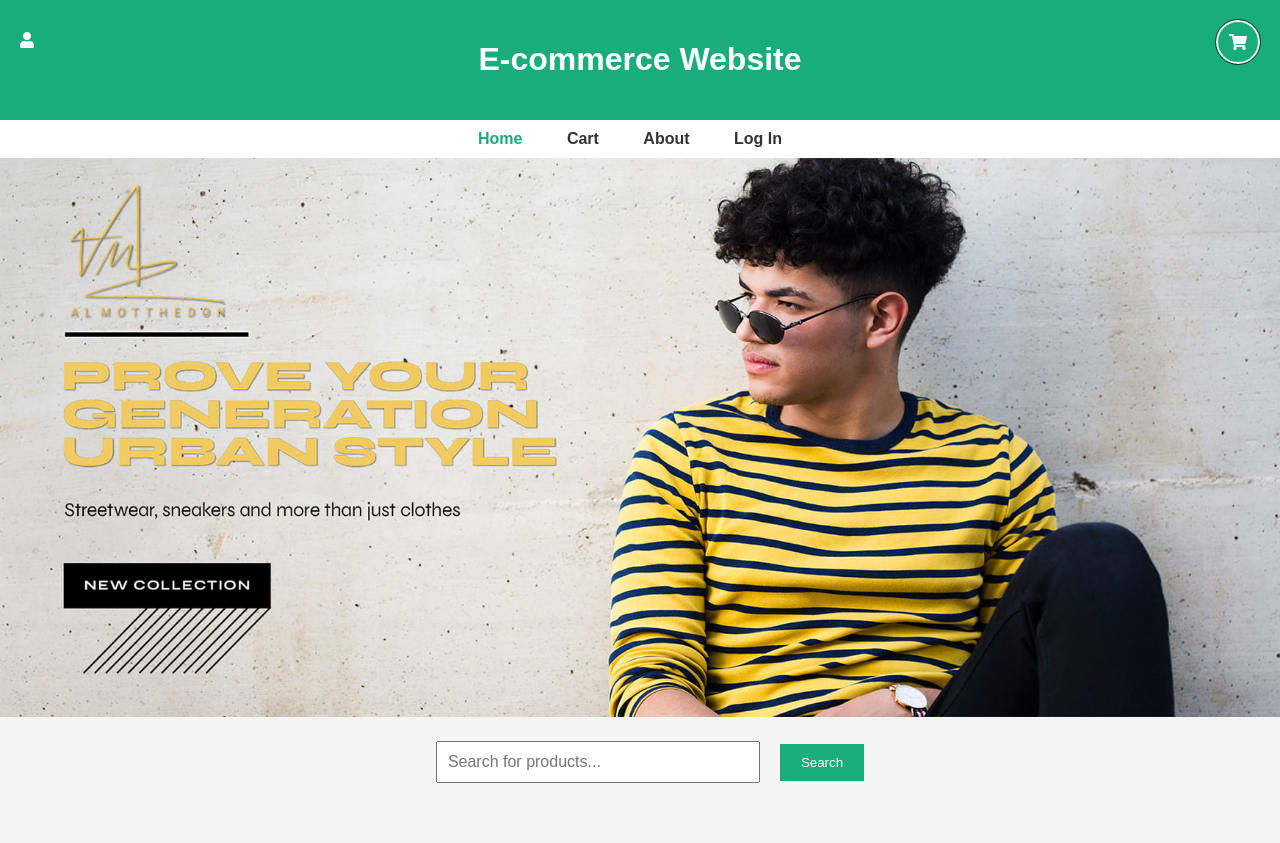
Repository: wissam333/OnlineStore
Page: index.html
These files come from the project's save history. The page is drawn as it stood at one moment and after the next save; the edit follows.
The browser window is 1280 px wide. The pictures show the whole page.
The page's requests for data from a server got no answer.

Above is the page before, as saved 2024-08-08 18:32:48.
Console error: TypeError: Cannot read properties of null (reading 'addEventListener')

### index.html
<!DOCTYPE html>
<html lang="en">
  <head>
    <meta charset="UTF-8" />
    <meta name="viewport" content="width=device-width, initial-scale=1.0" />
    <title>E-commerce Website</title>
    <link
      rel="stylesheet"
      href="https://cdnjs.cloudflare.com/ajax/libs/font-awesome/5.15.3/css/all.min.css"
    />
  </head>
  <style>
    body {
      font-family: Arial, sans-serif;
      margin: 0;
      padding: 0;
      background-color: #f4f4f4;
    }
    header {
      background-color: #19ad7b;
      color: #fff;
      padding: 20px;
      text-align: center;
    }
    nav {
      background-color: #fff;
      padding: 10px 0;
      text-align: center;
    }
    nav ul {
      list-style-type: none;
      margin: 0;
      padding: 0;
    }
    nav ul li {
      display: inline;
      margin-right: 20px;
    }
    nav ul li a {
      text-decoration: none;
      color: #333;
      font-weight: bold;
      padding: 10px;
      transition: color 0.3s;
    }
    nav ul li a:hover {
      color: #19ad7b;
    }
    nav ul li a.active {
      color: #19ad7b;
    }
    .container {
      max-width: 1200px;
      margin: auto;
      padding: 20px;
      display: grid;
      grid-template-columns: repeat(auto-fit, minmax(250px, 1fr));
      grid-gap: 20px;
    }
    .product {
      background-color: #fff;
      border-radius: 5px;
      box-shadow: 0px 0px 10px rgba(0, 0, 0, 0.1);
      padding: 20px;
      text-align: center;
    }
    .product img {
      max-width: 100%;
      width: 200px;
      height: 200px;
      border-radius: 5px;
      margin-bottom: 20px;
    }
    .product h2 {
      margin-top: 0;
      font-size: 1.5rem;
    }
    .product p {
      margin-top: 5px;
      color: #666;
    }
    .product button {
      background-color: #19ad7b;
      color: #fff;
      border: none;
      padding: 10px 20px;
      border-radius: 5px;
      cursor: pointer;
      transition: background-color 0.3s;
    }
    .product button:hover {
      background-color: #003d29;
    }
    .cart {
      max-height: 400px;
      overflow-y: scroll;
      position: fixed;
      top: 20px;
      right: 20px;
      background-color: #fff;
      border-radius: 5px;
      padding: 10px;
      box-shadow: 0px 0px 10px rgba(0, 0, 0, 0.1);
      max-width: 500px;
      width: 100%;
      transition: transform 0.3s ease;
      transform: translateX(100%); /* Initially hide the cart */
      display: none; /* Hidden by default */
    }
    .cart.show {
      display: block;
      transform: translateX(0); /* Show the cart */
      width: auto;
      padding-bottom: 10px;
    }
    .cart h2 {
      margin-top: 0;
      font-size: 1rem;
      text-align: center;
    }
    .cart ul {
      list-style-type: none;
      padding: 0;
    }
    .cart .cart-row {
      margin-bottom: 10px;
      border-bottom: 1px solid #ddd;
      padding-bottom: 5px;
      display: flex;
      justify-content: space-between;
      align-items: center;
    }
    .cart .cart-row:last-child {
      border-bottom: none;
    }
    .cart button {
      background-color: #19ad7b;
      color: #fff;
      border: none;
      padding: 5px 10px;
      border-radius: 3px;
      cursor: pointer;
      transition: background-color 0.3s;
      width: 100%;
      margin: 10px 0px;
    }
    .cart button:hover {
      background-color: #003d29;
    }
    .total {
      font-weight: bold;
      font-size: 1.2rem;
      margin-top: 10px;
      text-align: center;
    }
    .main-image img {
      width: 100%;
    }
    .cart-item {
      display: flex;
      justify-content: space-between;
      align-items: center;
      margin-bottom: 10px;
      border-bottom: 1px solid #ddd;
      padding-bottom: 5px;
    }
    #cart-items .cart-row {
      display: flex;
      align-items: center;
      margin: 5px;
      justify-content: space-between;
      flex-wrap: wrap;
      padding: 10px 5px;
      flex-direction: column;
    }

    .delete-button {
      background-color: #ff6347; /* Tomato color */
      color: #fff;
      border: none;
      padding: 5px 10px;
      border-radius: 3px;
      cursor: pointer;
      transition: background-color 0.3s;
    }

    .delete-button:hover {
      background-color: #ff4500; /* Darker Tomato color */
    }
    .cart-icon {
      position: fixed;
      right: 20px;
      top: 20px;
      color: #fff;
      width: 40px;
      height: 40px;
      background: #19ad7b;
      outline: 1px solid #003d29;
      border: 2px solid #fff;
      display: flex;
      justify-content: center;
      align-items: center;
      border-radius: 50%;
      cursor: pointer;
      z-index: 2;
    }
    .account {
      position: absolute;
      left: 20px;
      top: 20px;
      display: flex;
      align-items: center;
    }
    .account i {
      margin-right: 10px;
    }
    .quantity-flex {
      display: flex;
      align-items: center;
    }
    .btn.decrease-btn {
      margin: 10px !important;
    }
    .btn.increase-btn {
      margin: 10px !important;
    }
    .desc {
      max-width: fit-content;
      text-overflow: ellipsis;
      white-space: nowrap;
      overflow: hidden;
      margin: 10px auto;
    }
    .title {
      max-width: fit-content;
      text-overflow: ellipsis;
      white-space: nowrap;
      overflow: hidden;
      margin: 10px auto;
    }
    #search-bar {
      margin: 20px;
      padding: 10px;
      font-size: 16px;
      width: 300px;
    }
    .search {
      display: flex;
      align-items: center;
      justify-content: center;
    }
    .btn.btn-search {
      background-color: #19ad7b;
      color: #fff;
      padding: 10px 20px;
      border: 1px solid #19ad7b;
    }
  </style>
  <body>
    <header>
      <h1>E-commerce Website</h1>
      <div class="account">
        <i class="fas fa-user"></i>
        <h2 id="user"></h2>
      </div>
    </header>

    <nav>
      <ul>
        <li><a href="./index.html" data-route="index.html">Home</a></li>
        <li><a href="./cart.html" data-route="cart.html">Cart</a></li>
        <li><a href="./about.html" data-route="about.html">About</a></li>
        <li>
          <a href="./login.html" data-route="login.html">Log In</a>
        </li>
      </ul>
    </nav>

    <div class="main-image">
      <img src="./assets/Header 1.jpg" alt="Main Image" />
    </div>

    <!-- Search field -->
    <div class="search">
      <input type="text" id="search-bar" placeholder="Search for products..." />
      <button class="btn btn-search" id="search-button">Search</button>
    </div>

    <div class="container" id="products-container">
      <!-- Dynamic products will be injected here -->
    </div>

    <div class="cart-icon" id="cart-icon">
      <i class="fas fa-shopping-cart"></i>
    </div>
    <div class="cart" id="cart">
      <h2>Shopping Cart</h2>
      <ul id="cart-items"></ul>
      <div class="total" id="total-price"></div>
      <a href="./cart.html">
        <button class="cart-button" id="go-to-cart">Go To Cart</button>
      </a>
    </div>

    <script src="script.js"></script>
    <script>
      // Initial fetch for products
      fetchAndDisplayProducts();
      loadCart();
      // Function to toggle the cart visibility
      document
        .getElementById("cart-icon")
        .addEventListener("click", function () {
          const cart = document.getElementById("cart");
          if (cart.classList.contains("show")) {
            cart.classList.remove("show");
            cart.style.display = "none"; // hide cart
          } else {
            cart.style.display = "block"; // show cart before applying transition
            setTimeout(() => cart.classList.add("show"), 10); // add class for transition
          }
        });

      // Get username
      const user = localStorage.getItem("username");
      document.getElementById("user").textContent = user;

      // Attach event listener to search bar
      const searchBar = document.getElementById("search-bar");
      document
        .getElementById("search-button")
        .addEventListener("click", function () {
          const query = searchBar.value.toLowerCase();
          filterProducts(query);
        });

      // Function to filter products based on search query
      function filterProducts(query) {
        const products = document.querySelectorAll(
          "#products-container .product"
        );

        products.forEach((product) => {
          const title = product
            .querySelector(".title")
            .textContent.toLowerCase();
          const description = product
            .querySelector(".desc")
            .textContent.toLowerCase();

          if (title.includes(query) || description.includes(query)) {
            product.style.display = "";
          } else {
            product.style.display = "none";
          }
        });
      }
    </script>
  </body>
</html>

### script.js
const HOST = "192.168.1.102"; // Replace with your actual host
const cart = []; // Initialize an empty array to store cart items
let total = 0;

// Function to add a product to the cart
function addToCart(productName, price, productId) {
  // Check if the product is already in the cart
  const existingProduct = cart.find((item) => item.productId === productId);

  if (existingProduct) {
    existingProduct.quantity++;
  } else {
    // Add the product to the cart
    const cartItem = {
      name: productName,
      price: price,
      productId: productId,
      quantity: 1,
    };
    cart.push(cartItem);
  }

  updateCart();
  localStorage.setItem("cart", JSON.stringify(cart));
}

// Function to update the cart display
function updateCart() {
  const cartItems = document.getElementById("cart-items");
  cartItems.innerHTML = "";
  total = 0;

  cart.forEach((item, index) => {
    const row = document.createElement("tr");
    row.classList.add("cart-row");
    row.innerHTML = `
      <td>${item.name}</td>
      <td>$${item.price.toFixed(2)}</td>
      <td class="quantity-flex">
        <button class="btn decrease-btn" onclick="decreaseQuantity(${index})">-</button>
        ${item.quantity}
        <button class="btn increase-btn" onclick="increaseQuantity(${index})">+</button>
      </td>
      <td><button class="btn delete-btn" onclick="removeFromCart(${index})">Delete</button></td>
    `;
    cartItems.appendChild(row);
    total += item.price * item.quantity;
  });

  updateTotal();
}

// Function to increase the quantity of a product in the cart
function increaseQuantity(index) {
  cart[index].quantity++;
  updateCart();
  localStorage.setItem("cart", JSON.stringify(cart));
}

// Function to decrease the quantity of a product in the cart
function decreaseQuantity(index) {
  if (cart[index].quantity > 1) {
    cart[index].quantity--;
  } else {
    // Remove the product if the quantity is 1 and decrease button is clicked
    cart.splice(index, 1);
  }
  updateCart();
  localStorage.setItem("cart", JSON.stringify(cart));
}

// Function to remove a product from the cart
function removeFromCart(index) {
  cart.splice(index, 1);
  updateCart();
  localStorage.setItem("cart", JSON.stringify(cart));
}

// Function to update the total price
function updateTotal() {
  const totalPriceElement = document.getElementById("total-price");
  totalPriceElement.textContent = `Total: $${total.toFixed(2)}`;
}

// Function to fetch and display products (for Home page)
async function fetchAndDisplayProducts() {
  try {
    const response = await fetch(
      `http://${HOST}:5000/api/products?latest=true`
    );
    if (!response.ok) throw new Error(`HTTP error! status: ${response.status}`);

    const data = await response.json();
    const container = document.getElementById("products-container");

    data.products.forEach((product) => {
      const productDiv = document.createElement("div");
      productDiv.classList.add("product");

      productDiv.innerHTML = `
        <img src="${product.img || "https://via.placeholder.com/250"}" alt="${
        product.title
      }">
        <h2 class="title">${product.title}</h2>
        <p class="desc">${product.desc}</p>
        <button onclick="viewProductDetails('${
          product._id
        }')">View Details</button>
        <button onclick="addToCart('${product.title}', ${product.price}, '${
        product._id
      }')">Add to Cart</button>
      `;

      container.appendChild(productDiv);
    });
  } catch (error) {
    console.error("Error fetching products:", error);
  }
}

// Function to fetch and display products (for products page)
async function fetchAndDisplayAllProducts() {
  try {
    const response = await fetch(
      `http://${HOST}:5000/api/products?pageSize=10000`
    );
    if (!response.ok) throw new Error(`HTTP error! status: ${response.status}`);

    const data = await response.json();
    const container = document.getElementById("all-products-container");

    data.products.forEach((product) => {
      const productDiv = document.createElement("div");
      productDiv.classList.add("product");

      productDiv.innerHTML = `
        <img src="${product.img || "https://via.placeholder.com/250"}" alt="${
        product.title
      }">
        <h2 class="title">${product.title}</h2>
        <p class="desc">${product.desc}</p>
        <button onclick="viewProductDetails('${
          product._id
        }')">View Details</button>
        <button onclick="addToCart('${product.title}', ${product.price}, '${
        product._id
      }')">Add to Cart</button>
      `;

      container.appendChild(productDiv);
    });
  } catch (error) {
    console.error("Error fetching products:", error);
  }
}

function viewProductDetails(productId) {
  window.location.href = `product.html?id=${productId}`;
}

// Function to load cart items from local storage
function loadCart() {
  const storedCart = JSON.parse(localStorage.getItem("cart"));
  if (storedCart) {
    storedCart.forEach((item) => cart.push(item));
    updateCart();
  }
}

// Highlight the active link in the navbar
document.querySelectorAll("nav ul li a").forEach((link) => {
  link.addEventListener("click", function () {
    document
      .querySelectorAll("nav ul li a")
      .forEach((item) => item.classList.remove("active"));
    this.classList.add("active");
  });
});

// Optionally set the active class based on current page
function setActiveNav() {
  const currentRoute = window.location.pathname.split("/").pop();
  document.querySelectorAll("nav ul li a").forEach((link) => {
    if (link.getAttribute("data-route") === currentRoute) {
      link.classList.add("active");
    } else {
      link.classList.remove("active");
    }
  });
}

// Call setActiveNav when the page loads
setActiveNav();

// Log-in & Sign-up
// Login function
async function login(data) {
  try {
    const response = await fetch(`http://${HOST}:5000/api/auth/login`, {
      method: "POST",
      headers: {
        "Content-Type": "application/json",
      },
      body: JSON.stringify(data),
    });

    if (!response.ok) {
      const error = new Error("HTTP error");
      error.response = response;
      throw error;
    }
    const responseData = await response.json();
    console.log(responseData);
    localStorage.setItem("token", responseData.accessToken);
    localStorage.setItem("email", responseData.email);
    localStorage.setItem("username", responseData.username);
    localStorage.setItem("_id", responseData._id);
    localStorage.setItem("success", true);
    localStorage.setItem("username", responseData.username);
    window.location.href = "./index.html";
    const username = document.getElementById("username").value;

    alert(`Welcome ${username}`);
    return responseData;
  } catch (error) {
    console.error(error);
    if (error.response) {
      const errorData = await error.response.json();
      return errorData;
    } else {
      return { message: "Network error or server is not reachable" };
    }
  }
}

// Attach login event listener
document
  .getElementById("loginForm")
  .addEventListener("submit", async function (event) {
    event.preventDefault();
    const username = document.getElementById("username").value;
    const password = document.getElementById("password").value;
    const data = {
      username,
      password,
    };
    const result = await login(data);
    if (result && result.message) {
      document.getElementById("login-error").textContent = result.message;
    } else {
      document.getElementById("login-error").textContent = "";
    }
  });

// Sign up function
async function signUp(data) {
  try {
    const response = await fetch(`http://${HOST}:5000/api/auth/register`, {
      method: "POST",
      headers: {
        "Content-Type": "application/json",
      },
      body: JSON.stringify(data),
    });

    if (!response.ok) {
      const error = new Error("HTTP error");
      error.response = response;
      throw error;
    }
    const responseData = await response.json();
    console.log(responseData);
    localStorage.setItem("token", responseData.accessToken);
    localStorage.setItem("email", responseData.email);
    localStorage.setItem("username", responseData.username);
    localStorage.setItem("_id", responseData._id);
    localStorage.setItem("success", true);
    window.location.href = "./index.html";
    const newUsername = document.getElementById("new-username").value;
    alert(`Account created for ${newUsername}`);
    return responseData;
  } catch (error) {
    console.error(error);
    if (error.response) {
      const errorData = await error.response.json();
      return errorData;
    } else {
      return { message: "Network error or server is not reachable" };
    }
  }
}

// Attach sign-up event listener
document
  .getElementById("signupForm")
  .addEventListener("submit", async function (event) {
    event.preventDefault();
    const newUsername = document.getElementById("new-username").value;
    const email = document.getElementById("email").value;
    const newPassword = document.getElementById("new-password").value;
    const data = {
      username: newUsername,
      email,
      password: newPassword,
    };
    const result = await signUp(data);
    if (result && result.message) {
      document.getElementById("signup-error").textContent = result.message;
    } else {
      document.getElementById("signup-error").textContent = "";
    }
  });

// Add to cart
async function addItemsToCart(cartItems) {
  try {
    const response = await fetch(`http://${HOST}:5000/api/cart`, {
      method: "POST",
      headers: {
        "Content-Type": "application/json",
        token: `Bearer ${localStorage.getItem("token")}`, // Include token if required for authentication
      },
      body: JSON.stringify({ products: cartItems }),
    });

    const responseData = await response.json();
    if (!response.ok) {
      document.getElementById("cart-error").textContent = responseData.message;
      throw new Error(`HTTP error! status: ${response.status}`);
    }

    window.location.href = "./checkout.html";

    console.log("Cart updated successfully:", responseData);
  } catch (error) {
    console.error("Error adding items to cart:", error);
  }
}

// Function to load cart items from localStorage and post them
function postCartItems() {
  // Retrieve cart items from localStorage
  const storedCart = localStorage.getItem("cart");
  // Parse the stored cart items
  let cartItems = [];
  if (storedCart) {
    const parsedCart = JSON.parse(storedCart);
    // Map the parsed items to the required format
    cartItems = parsedCart.map((item) => ({
      productId: item.productId,
      quantity: item.quantity,
    }));
  } else {
    // Handle case where cart is empty
    alert("Cart is empty. Cannot add items to cart.");
    return; // Exit function early
  }
  // Call addItemsToCart with the cartItems
  addItemsToCart(cartItems);
}

// Make order
async function makeOrder(cartItems, deliveryData) {
  try {
    let headers;
    let data;
    if (localStorage.getItem("token")) {
      headers = {
        "Content-Type": "application/json",
        token: `Bearer ${localStorage.getItem("token")}`,
      };
      data = {
        userId: `${localStorage.getItem("_id")}`,
        name: `${localStorage.getItem("username")}`,
        email: `${localStorage.getItem("email")}`,
        address: deliveryData.address,
      };
    } else {
      headers = {
        "Content-Type": "application/json",
      };
      data = {
        name: deliveryData.name,
        email: deliveryData.email,
        address: deliveryData.address,
      };
    }
    const response = await fetch(`http://${HOST}:5000/api/orders`, {
      method: "POST",
      headers: headers,
      body: JSON.stringify({ products: cartItems, ...data }),
    });

    const responseData = await response.json();

    if (!response.ok) {
      document.getElementById("order-error").textContent = responseData.message;
      throw new Error(`HTTP error! status: ${response.status}`);
    }

    window.location.href = "./order-success.html";

    console.log("Order created successfully:", responseData);
  } catch (error) {
    console.error("Error creating order:", error);
  }
}

// Function to load cart items from localStorage and post them
function postOrderItems(deliveryData) {
  // Retrieve cart items from localStorage
  const storedCart = localStorage.getItem("cart");
  // Parse the stored cart items
  let cartItems = [];
  if (storedCart) {
    const parsedCart = JSON.parse(storedCart);
    // Map the parsed items to the required format
    cartItems = parsedCart.map((item) => ({
      productId: item.productId,
      quantity: item.quantity,
    }));
  } else {
    // Handle case where cart is empty
    alert("Cart is empty. Cannot order empty cart.");
    return; // Exit function early
  }
  // Call addItemsToCart with the cartItems
  makeOrder(cartItems, deliveryData);
  localStorage.removeItem("cart");
}

After the next save:
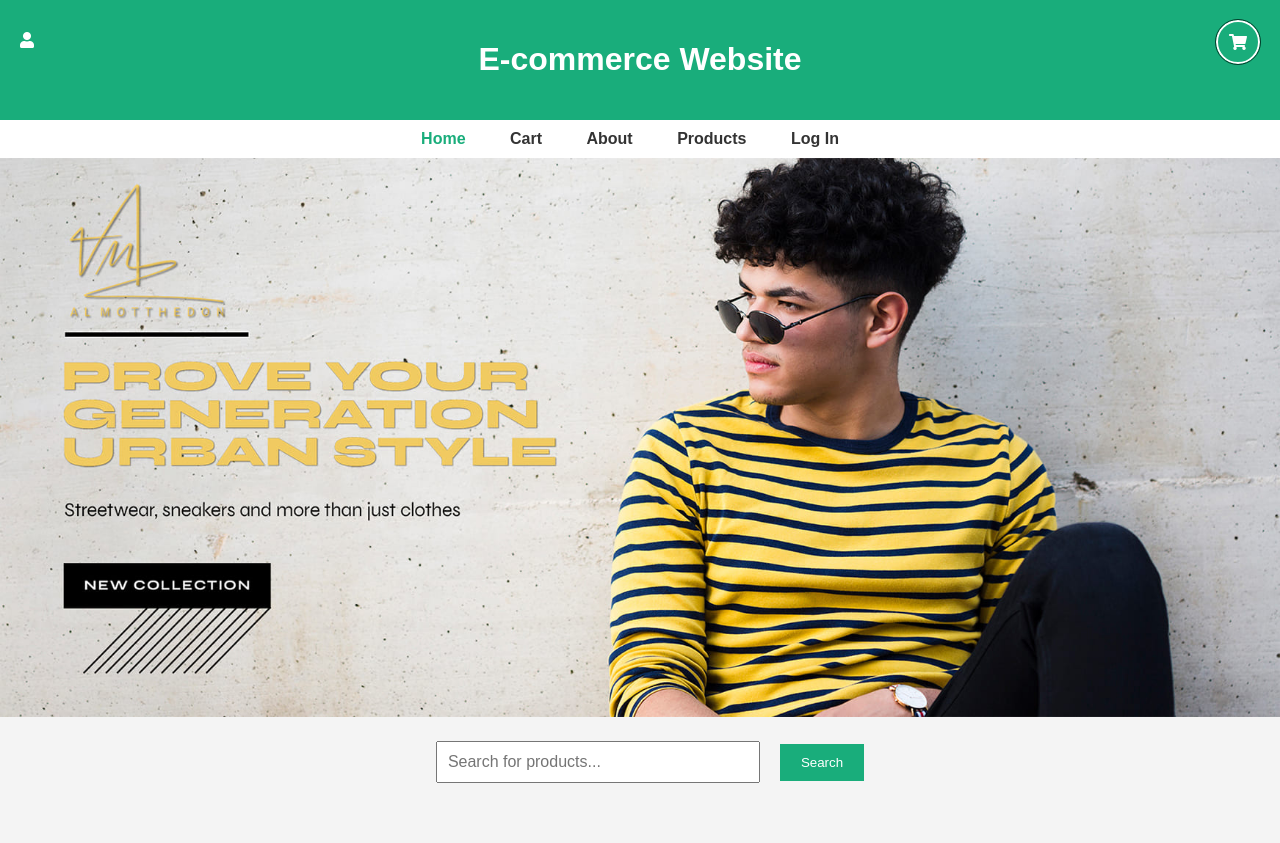
Saved 63 s later.
--- a/index.html
+++ b/index.html
@@ -270,6 +270,9 @@
         <li><a href="./index.html" data-route="index.html">Home</a></li>
         <li><a href="./cart.html" data-route="cart.html">Cart</a></li>
         <li><a href="./about.html" data-route="about.html">About</a></li>
+        <li>
+          <a href="./login.html" data-route="login.html">Products</a>
+        </li>
         <li>
           <a href="./login.html" data-route="login.html">Log In</a>
         </li>
